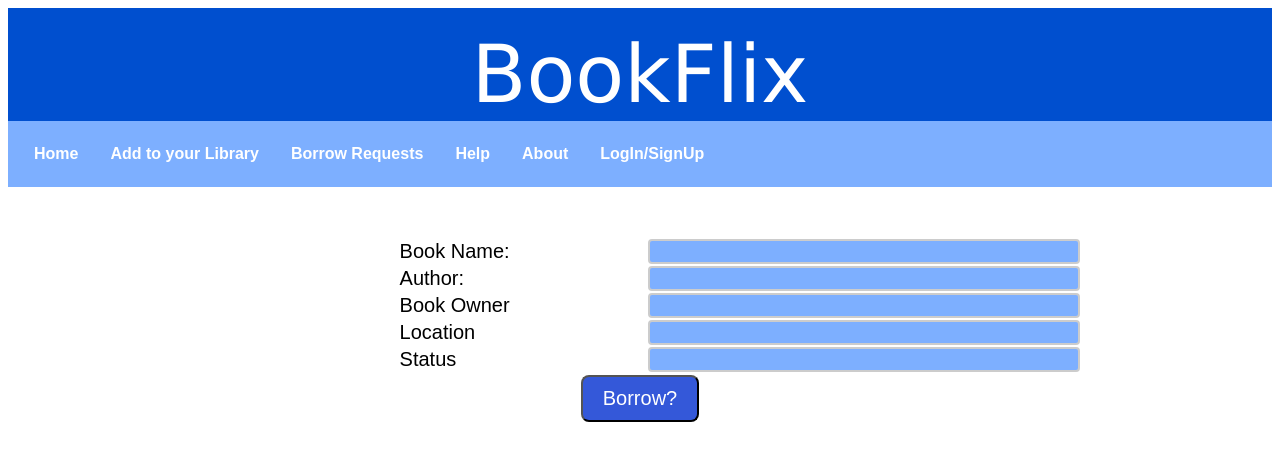
Repository: dan-10/Deloitte
Page: http://localhost/BookFlix/WEB-INF/views/status.jsp
The author's editor kept a copy of each file at every save. The page is drawn from the files as they stood at one save, then again after the next save.
The browser window is 1280 px wide. The pictures show the whole page.
The page is served by Tomcat 9. Nobody is signed in. The template is opened directly, without the code that normally fills it, so the values that code supplies are empty.

Above is the page before, as saved 2019-08-09 04:56:21.

After the next save:
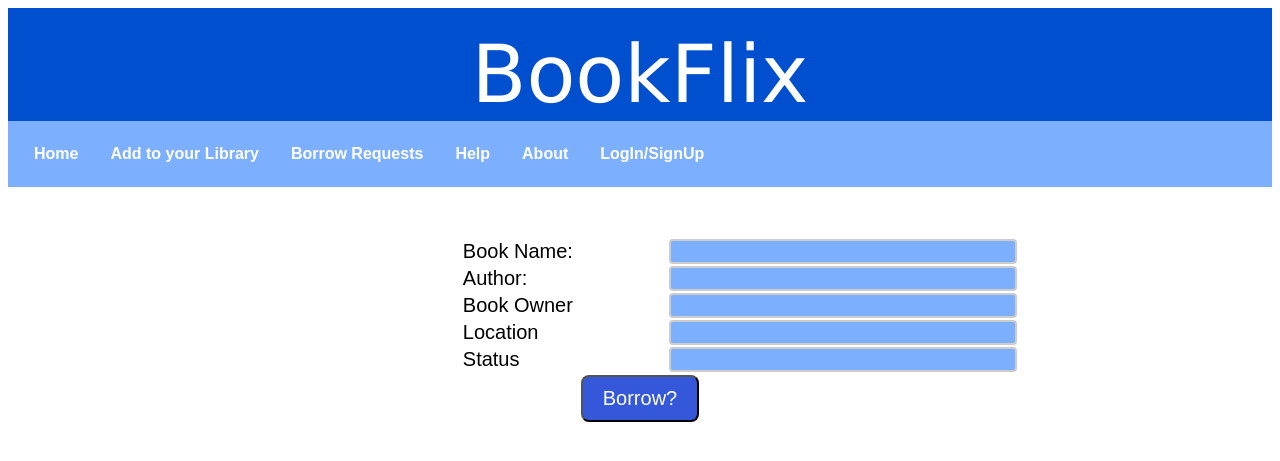
Saved 10 s later.
--- a/DeloitteTrainig/Final Project BookFlix/BookFlix/src/main/webapp/WEB-INF/views/status.jsp
+++ b/DeloitteTrainig/Final Project BookFlix/BookFlix/src/main/webapp/WEB-INF/views/status.jsp
@@ -96,7 +96,7 @@
 				<center>
 
 					<f:form>
-						<table width="70%">
+						<table width="60%">
 							<tr>
 								<td class = "td1">Book Name:</td>
 								<td class = "td">${bookname}</td>
